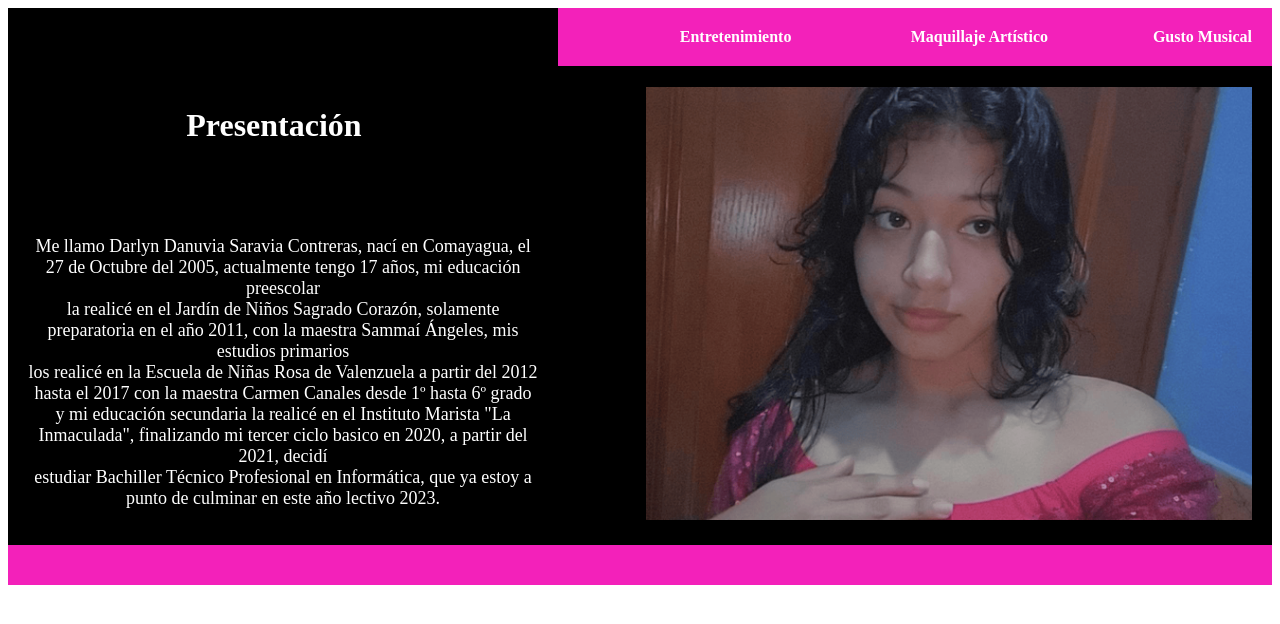
Repository: darlyn-saravia27/portafolio-darlynsaravia
Page: archivoshtml/index.html
These files come from the project's save history. The page is drawn as it stood at one moment and after the next save; the edit follows.
The browser window is 1280 px wide. The pictures show the whole page.

Above is the page before, as saved 2023-03-04 22:51:09.

After the next save:
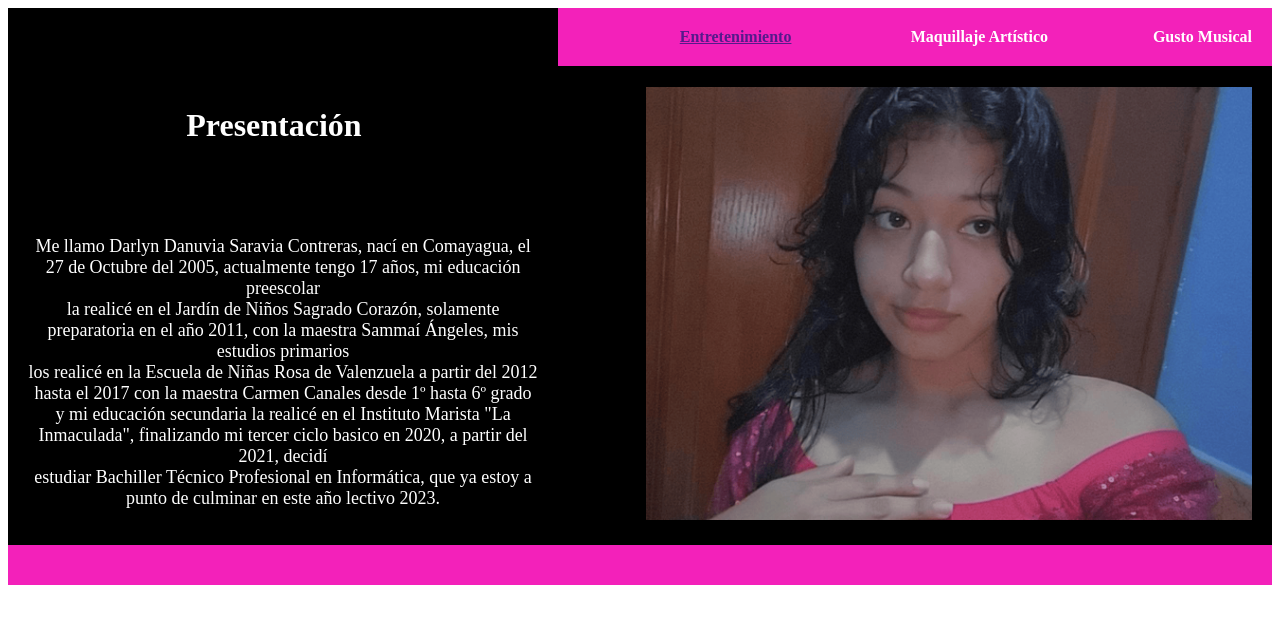
Saved 66 min 59 s later.
--- a/archivoshtml/index.html
+++ b/archivoshtml/index.html
@@ -10,7 +10,9 @@
     <table align="center" cellspacing="0" cellpadding="20%" width="100%">
     <tr align="center" bgcolor="black">
         <td>-----------------------------------------------------------------------------------</td>
-        <td align="right" bgcolor="F321BA"><font color="white"><strong>Entretenimiento</strong></font></td>
+        <td align="right" bgcolor="F321BA"><font color="white"><strong><a href>Entretenimiento
+
+        </strong></font></td>
         <td align="right" bgcolor="F321BA"><font color="white"><strong>Maquillaje Artístico</strong></font></td>
         <td align="right" bgcolor="F321BA"><font color="white"><strong>Gusto Musical</strong></font></td>
     </tr>
